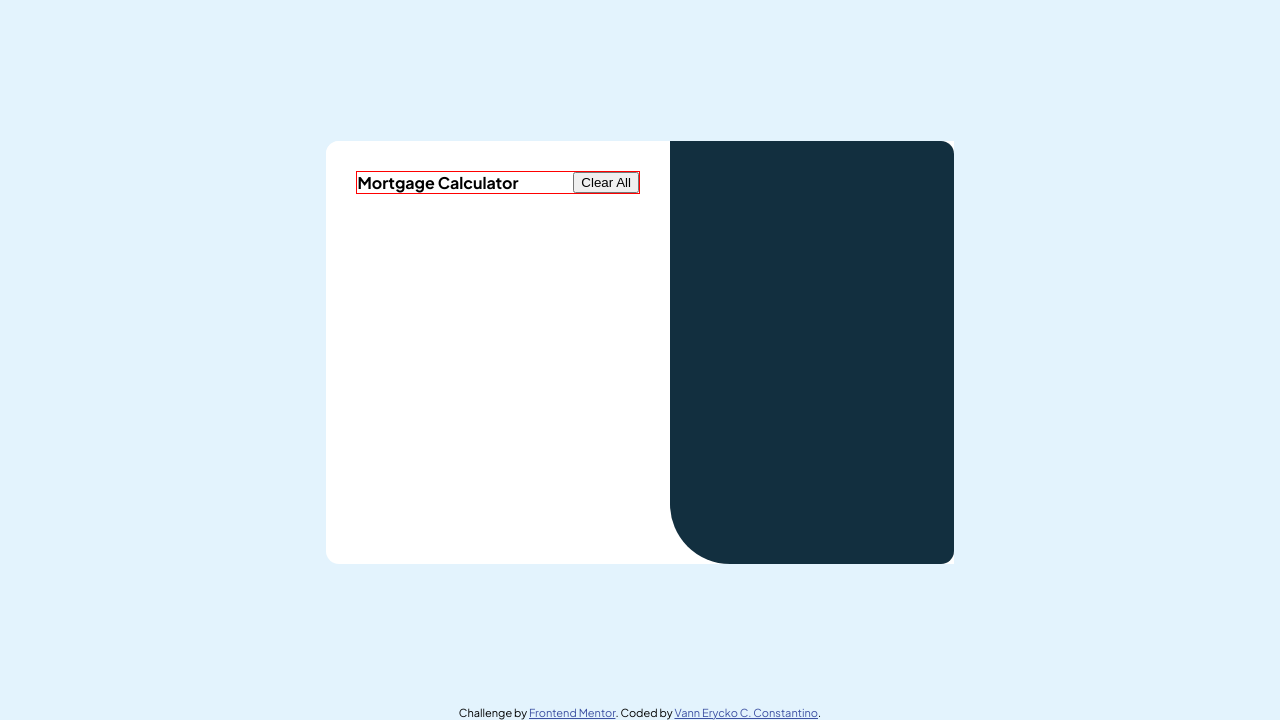
Repository: kocokoy/mortgage-repayment-calculator
Page: index.html
These files come from the project's save history. The page is drawn as it stood at one moment and after the next save; the edit follows.
The browser window is 1280 px wide. The pictures show the whole page.

Above is the page before, as saved 2024-10-29 10:16:45.

After the next save:
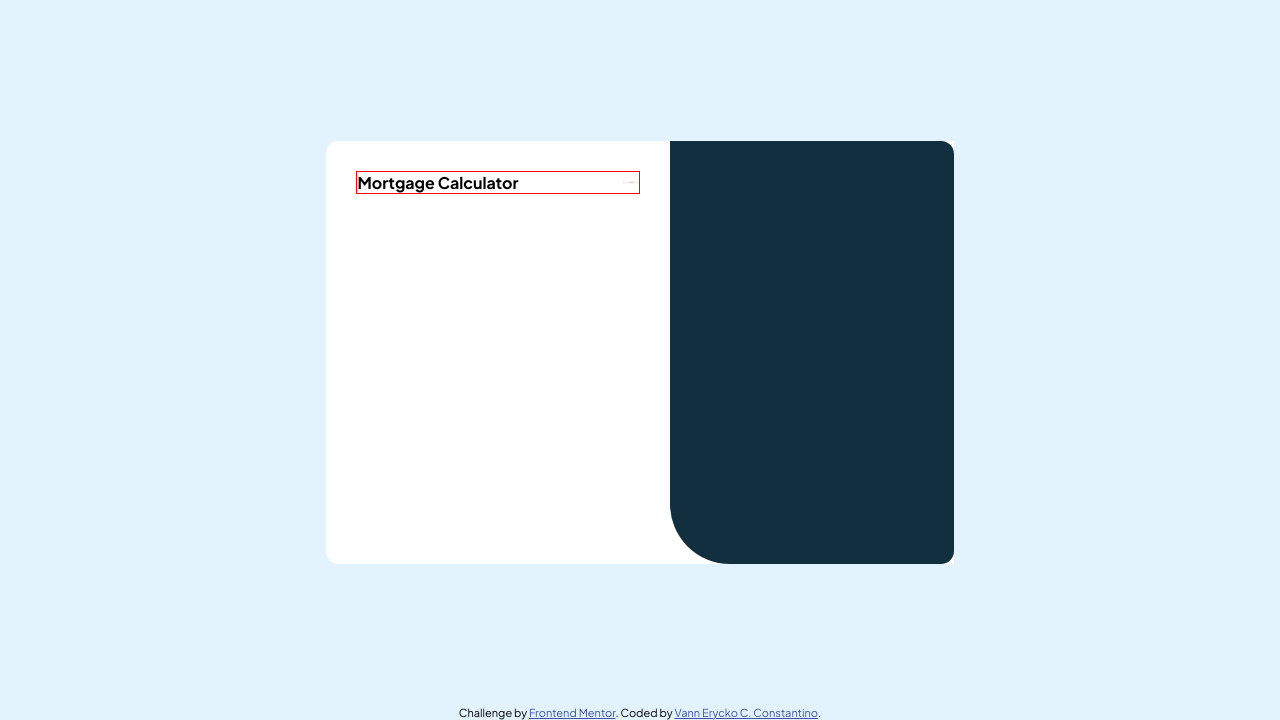
Saved 10 s later.
--- a/styles/style.css
+++ b/styles/style.css
@@ -74,10 +74,11 @@ padding: 30px;
  margin: 0;
  font-weight: 700;
 }
-.mortgage-calculator-header div{
+.mortgage-calculator-header button{
  margin: 0;
  font-weight: 500;
  font-size: 1px;
  color: var(--slate900);
  opacity: 60%;
+ border: none;
 }
